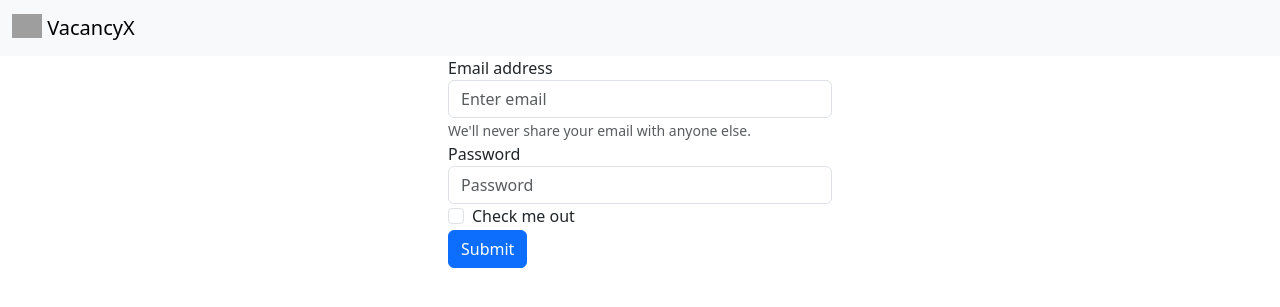
Repository: zipArk99/Vacancy-portal-serv
Page: http://localhost/VacancyPortal/
These files come from the project's save history. The page is drawn as it stood at one moment and after the next save; the edit follows.
The browser window is 1280 px wide. The pictures show the whole page.
Pictures or frames that could not be fetched are drawn as grey boxes. The page is served by Tomcat 9. Other server files are loaded and not shown.

Above is the page before, as saved 2024-08-14 10:11:24.

### VacancyPortal/src/main/webapp/index.jsp
<%@ page language="java" contentType="text/html; charset=UTF-8"
	pageEncoding="UTF-8"%>
<%@ taglib prefix="c" uri="http://java.sun.com/jsp/jstl/core"%>
<%@ page isELIgnored="false" %>
<!DOCTYPE html>
<html>
<head>
 <meta charset="utf-8">
    <meta name="viewport" content="width=device-width, initial-scale=1">
    <title>SOAP Registration</title>
    <link href="https://cdn.jsdelivr.net/npm/bootstrap@5.3.3/dist/css/bootstrap.min.css" rel="stylesheet" integrity="sha384-QWTKZyjpPEjISv5WaRU9OFeRpok6YctnYmDr5pNlyT2bRjXh0JMhjY6hW+ALEwIH" crossorigin="anonymous">
</head>
<body>
<%@ include file="header.jsp" %>

<div style="width:30%; margin: auto;">
<form action="#" method="POST">

  <div class="form-group">
    <label for="exampleInputEmail1">Email address</label>
    <input type="email" name="email" class="form-control" id="exampleInputEmail1" aria-describedby="emailHelp" placeholder="Enter email">
    <small id="emailHelp" class="form-text text-muted">We'll never share your email with anyone else.</small>
  </div>
  <div class="form-group">
    <label for="exampleInputPassword1">Password</label>
    <input name="password" type="password" class="form-control" id="exampleInputPassword1" placeholder="Password">
  </div>
  <div class="form-group form-check">
    <input type="checkbox" class="form-check-input" id="exampleCheck1" name="check">
    <label class="form-check-label" for="exampleCheck1">Check me out</label>
  </div>
  <button type="submit" class="btn btn-primary">Submit</button>
</form>
</div>
</body>
</html>

### VacancyPortal/src/main/webapp/header.jsp
<%@ page language="java" contentType="text/html; charset=UTF-8"
    pageEncoding="UTF-8"%>
<!DOCTYPE html>
<html>
  <head>
    <meta charset="utf-8">
    <meta name="viewport" content="width=device-width, initial-scale=1">
    <title>Bootstrap demo</title>
    <link href="https://cdn.jsdelivr.net/npm/bootstrap@5.3.3/dist/css/bootstrap.min.css" rel="stylesheet" integrity="sha384-QWTKZyjpPEjISv5WaRU9OFeRpok6YctnYmDr5pNlyT2bRjXh0JMhjY6hW+ALEwIH" crossorigin="anonymous">
  </head>
<body>

<nav class="navbar navbar-light bg-light">
  <div class="container-fluid">
    <a class="navbar-brand" href="#">
      <img src="/docs/5.0/assets/brand/bootstrap-logo.svg" alt="" width="30" height="24" class="d-inline-block align-text-top">
      VacancyX
    </a>
  </div>
</nav>
</body>
</html>

After the next save:
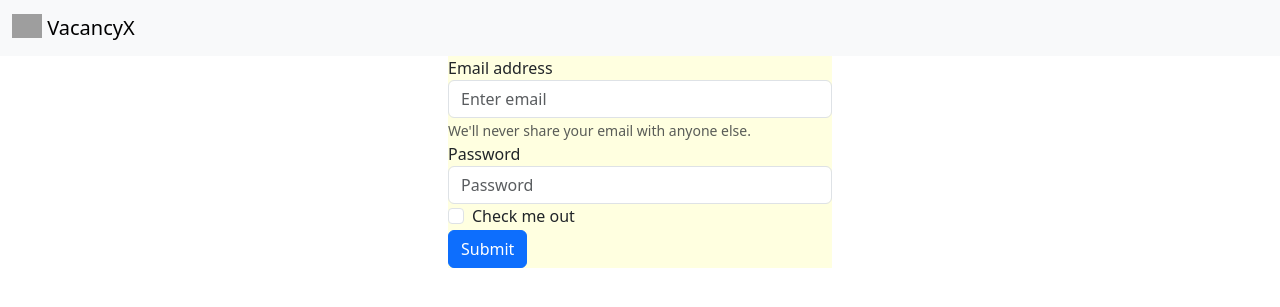
Saved 38 s later.
--- a/VacancyPortal/src/main/webapp/index.jsp
+++ b/VacancyPortal/src/main/webapp/index.jsp
@@ -13,7 +13,7 @@
 <body>
 <%@ include file="header.jsp" %>
 
-<div style="width:30%; margin: auto;">
+<div style="width:30%; margin: auto; background-color:lightyellow;">
 <form action="#" method="POST">
 
   <div class="form-group">
